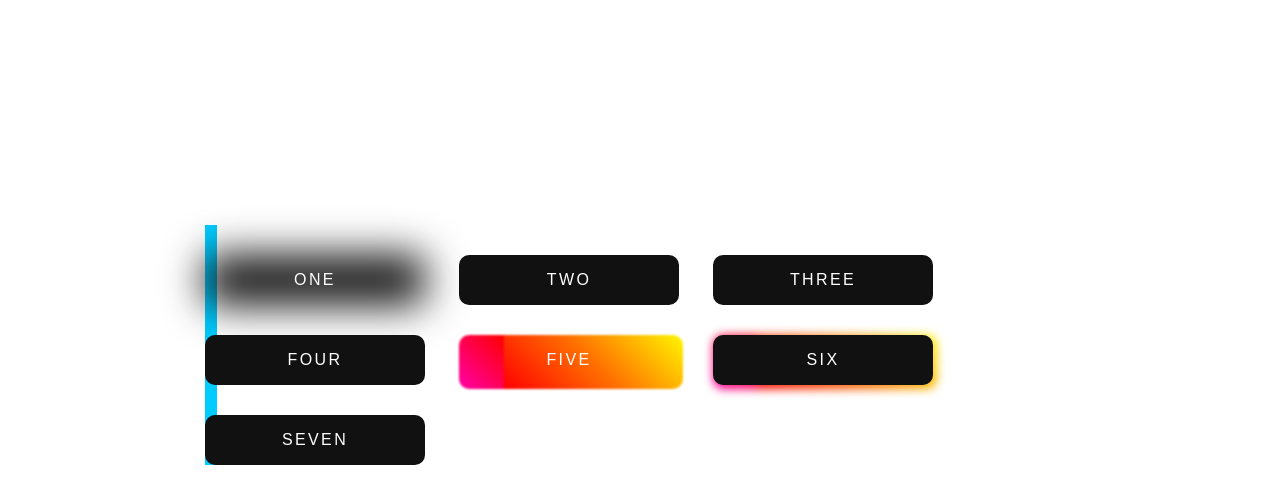
Repository: DanyalNajeeb/dns-button
Page: index.html
These files come from the project's save history. The page is drawn as it stood at one moment and after the next save; the edit follows.
The browser window is 1280 px wide. The pictures show the whole page.
The pointer rests on the first visible `.dns-button.slideIn`.

Above is the page before, as saved 2021-01-11 16:13:45.

After the next save:
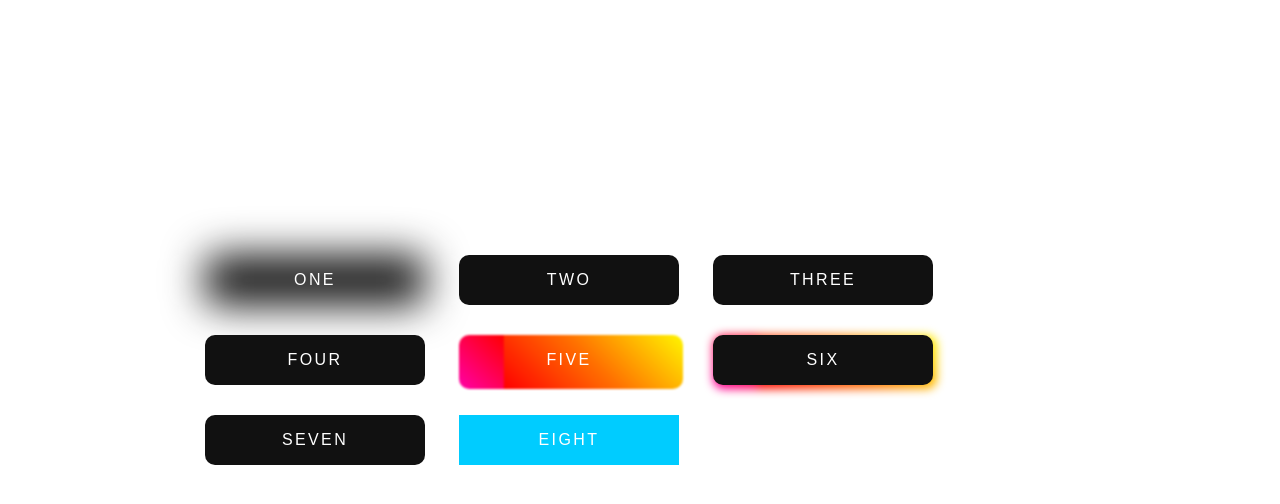
Saved 27 s later.
--- a/css/dns-button.css
+++ b/css/dns-button.css
@@ -145,16 +145,7 @@
     z-index: -1;
 }
 .dns-button.slideIn:hover{
-    content: '';
-    position: absolute;
-    bottom: 0;
-    left: 0;
-    width: 0%;
-    height: 100%;
-    background-color: darken(#0cf, 15%);
-    transition: all .3s;
-    border-radius: 10rem;
-    z-index: -1;
+    color: #fff;
 }
 @keyframes glowing {
     0% { background-position: 0 0; }
